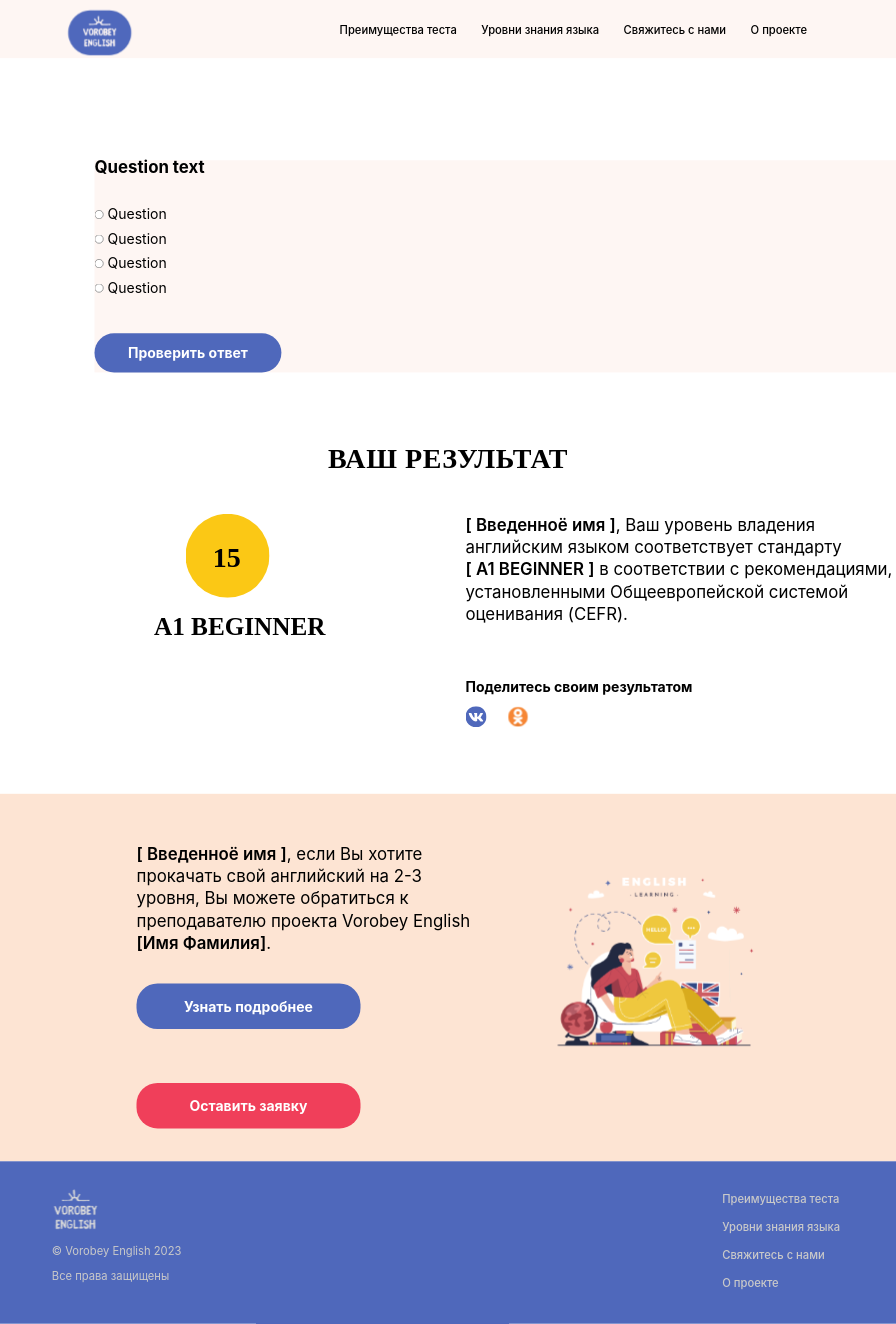
Repository: WladimirVA/PP-01-01_Dandelions
Page: test.html
These files come from the project's save history. The page is drawn as it stood at one moment and after the next save; the edit follows.
The browser window is 1280 px wide. The pictures show the whole page, at 70% of full size.

Above is the page before, as saved 2023-02-20 22:59:18.

### test.html
<!DOCTYPE html>
<html lang="ru">
<head>
    <meta charset="UTF-8">
    <meta http-equiv="X-UA-Compatible" content="IE=edge">
    <meta name="viewport" content="width=device-width, initial-scale=1.0">
    <link href="./static/css/style.css" rel="stylesheet" type="text/css">
    <link href="./static/css/test.css" rel="stylesheet" type="text/css">
    <link href="./static/css/fonts.css" rel="stylesheet" type="text/css">
    <link rel="icon" sizes="16x16" href="./static/img/Иконка _Лого_ (1_1).svg" type="image/x-icon">
    <title>Dandelions</title>
</head>
<body>
    <header class="header" di="HOME">
        <div class="section">
            <div class="section-header">
                <div class="logo">
                    <a href="Index.html"><img src="./static/img/Иконка _Лого_ (1).svg"></a>
                </div>
                <nav>
                    <ul class="header-nav">
                        <li><a class="link" href="./Index.html">Преимущества теста</a></li>
                        <li><a class="link" href="./Index.html">Уровни знания языка</a></li>
                        <li><a class="link" href="#">Свяжитесь с нами</a></li>
                        <li><a class="link" href="#">О проекте</a></li>
                    </ul>
                </nav>
            </div>
        </div>
    </header>
    <main>
        <div class="section">
            <form class="quiz-box" id="quiz" method="post">
                <div class="quiz-header">
                    <h2 id="question">Question text</h2>
                    <ul>
                        <li>
                            <input type="radio" name="answer" id="a" class="answer" onchange="document.getElementById('submit').disabled = !this.checked;">
                            <label for="a" id="a_text">Question</label>
                        </li>
                        <li>
                            <input type="radio" name="answer" id="b" class="answer" onchange="document.getElementById('submit').disabled = !this.checked;">
                            <label for="b" id="b_text">Question</label>
                        </li>
                        <li>
                            <input type="radio" name="answer" id="c" class="answer" onchange="document.getElementById('submit').disabled = !this.checked;">
                            <label for="c" id="c_text">Question</label>
                        </li>
                        <li>
                            <input type="radio" name="answer" id="d" class="answer" onchange="document.getElementById('submit').disabled = !this.checked;">
                            <label for="d" id="d_text">Question</label>
                        </li>
                    </ul>
                </div>
                <div class="button-test">
                    <button class="button test_button" id="submit" disabled>Проверить ответ</button>
                </div>
            </form>

            <form class="result">
                <div class="title-result">
                    <p>Ваш Результат</p>
                </div>
                <div class="result1">
                    <div class="level-2">
                        <div class="level">
                            <img src="./static/img/Ellipse 15.svg" alt="Result">
                            <p>15</p>
                        </div>
                        <div class="lavel-1">
                            <p>А1  BEGINNER</p>
                        </div>
                    </div>
                    <div class="">
                            <p class="info-result-p"><span style="font-weight: 600;"> [ Введенноё имя ]</span>, Ваш уровень владения английским языком соответствует стандарту <br><span style="font-weight: 600;">[ А1 BEGINNER ]</span> в соответствии
                            с рекомендациями, установленными Общеевропейской системой оценивания (CEFR).</p>
                        <div class="share">
                            <p>Поделитесь своим результатом</p>
                            <div class="share-img">
                                <a href="https://vk.com/" target="_blank"><img src="./static/img/VK.svg" alt="VK"></a>
                                <a href="https://ok.ru/" target="_blank"><img src="./static/img/odnoklassniki 1.svg" alt="odnoklassniki"></a>
                                <!-- <img src="./static/img/instagram3 1.svg" alt="instagram"> -->
                            </div>
                        </div>
                    </div>
                </div>
                <div class="appeal">
                    <div class="appeal-text">
                        <p><span style="font-weight: 600;">[ Введенноё имя ]</span>, если Вы хотите прокачать свой английский на 2-3 уровня, Вы можете обратиться
                        к преподавателю проекта Vorobey English <span style="font-weight: 600;">[Имя Фамилия]</span>. </p>
                        <div class="button-test">
                            <button class="button test_button" id="submit">Узнать подробнее</button>
                        </div>
                        <div class="button-test">
                            <button class="button test_button" id="application">Оставить заявку</button>
                        </div>
                    </div>
                    <div>
                        <img src="./static/img/иллюстр 2 1.svg" alt="">
                    </div>

                </div>
            </form>
        </div>
    </main>
    <footer class="FOOTER">
        <div class="section">
            <div class="section-footer">
                <div class="footer-logo">
                    <a href="Index.html"><img src="./static/img/Vector (3).svg"></a>
                    <p class="footer-logo-p">© Vorobey English 2023</p>
                    <p class="footer-logo-p2">Все права защищены</p>
                </div>
                <div class="footer-navi">
                    <nav>
                        <ul class="footer-nav">
                            <li><a class="footer-link" href="#HOME">Преимущества теста</a></li>
                            <li><a class="footer-link" href="#HOME">Уровни знания языка</a></li>
                            <li><a class="footer-link" href="#HOME">Свяжитесь с нами</a></li>
                            <li><a class="footer-link" href="#">О проекте</a></li>
                        </ul>
                    </nav>
                    <!-- <p><a class="footer-link" href="mailto:englishtest@yandex.ru">englishtest@yandex.ru</a></p> -->
                </div>

            </div>
        </div>
    </footer>

</body>

</html>

### static/css/style.css
body {
    scroll-behavior: smooth;
    align-items: center;
    width: 100%;
    max-width: 1366px;
    margin: auto;
    font-family: 'Inter', 'Work Sans', "NunitoSans-Light", Arial, Helvetica, sans-serif;
}

.section {
    margin: 0 auto;
    max-width: 1366px;
}

* {
    margin: 0;
    padding: 0;
}
.header {
    padding: 0 92px 0 59px;
    background-color: #FEF6F3;
}
.section-header {
    justify-content: space-between;
    height: 83px;
    width: 100%;
    display: flex;
    align-items: center;
}
.logo {
    width: 84px;
    height: auto;
}
.header-nav {
    display: flex;
    list-style-type: none;
}
.link {
    text-decoration: none;
    /* cursor: pointer; */
    font-family: 'Inter';
    font-weight: 500;
    font-size: 16px;
    line-height: 19px;
    color: #000000;
}
.header-nav li {
    margin-right: 35px;
}

.HOME {
    padding: 64px 92px 108px 93px;
    background-color: #FEF6F3;
}
.section-home {
    align-items: center;
    display: flex;
    justify-content: space-between;
    margin-top: -90px;
}


.title {
    font-family: 'Work Sans';
    font-style: normal;
    font-weight: 600;
    font-size: 40px;
    line-height: 48px;
    display: flex;
    align-items: center;
    letter-spacing: 0.02em;
    text-transform: uppercase;
}
.home_p {
    font-family: 'Work Sans';
    font-style: normal;
    font-weight: 400;
    font-size: 20px;
    line-height: 24px;
    margin-top: 43px;
}

.home_ul {
    margin-top: 35px;
}
.home_li {
    list-style-type: none;
    margin-top: 12px;
    font-family: 'Inter';
    font-style: normal;
    font-weight: 400;
    font-size: 16px;
    line-height: 20px;
}

.check {
    margin-bottom: -7px;
    margin-right: 16px;
}

.buttonsHome {
    margin-top: 68px;
}
.button_home {
    background: #FBC815;
    border-radius: 50px;
    width: 267px;
    height: 56px;
    font-family: 'Inter';
    font-style: normal;
    font-weight: 700;
    font-size: 20px;
    line-height: 24px;
    border: 0;
    cursor: pointer;
}

.button_home:hover {
    background-color: #BC9F3B;
}

.button_home:active {
    background-color: #FDE07D;
}

.image-home {
    max-width: 747px;
    max-height: 496px;
}

.title_2 {
    display: block;
    padding-top: 68px;
    text-transform: none;
    font-family: 'Work Sans';
    font-style: normal;
    font-weight: 800;
    font-size: 36px;
    line-height: 48px;
    align-items: center;
    text-align: center;
}

.WHY-TEST {
    background-color: #FDE4D3;
    Height: 616px;
}

.section-home-2 {
    align-items: center;
    display: flex;
    justify-content: space-around;
    margin-top: 20px;
}

.home-text {
    width: 490px;
}

.p-text {
    margin-top: 32px;
}

.ADVAN_TEST {
    background: #4F68BB;
    color: white;
    height: 665px;
    padding-top: 63px;
    /* margin-top: 120px; */
}

.content_img {
    margin-top: -215px;
    text-align: end;
    margin-right: 50px;
}

.rot-sheet {
    margin: 0 -34px 90px 0px;
}

.rot-sheet-1 {
    margin: 0 -35px 90px 0px;
}

.rot-img1 {
    width: 117px;
    margin-top: 11px;
    margin-right: -20px;
}

.rot-img2 {
    width: 65px;
    margin-bottom: -35px;
}

.rot-img3 {
    width: 78px;
    margin-bottom: 20px;
    margin-left: -20px;
}

img.rot {
    animation: 1s linear 0s normal none infinite running rot;
    -webkit-animation: 4s linear 0s normal none infinite running rot;
    /* width: 100px; */
  }
  @keyframes rot {
    0% {
      transform: rotate(0deg);
    }
    100% {
      transform: rotate(360deg);
    }
  }
  @-webkit-keyframes rot {
    0% {
      transform: rotate(0deg);
    }
    100% {
      transform: rotate(360deg);
    }
  }

  img.rot1 {
    animation: 1s linear 0s normal none infinite running rot1;
    -webkit-animation: 4s linear 0s normal none infinite running rot1;
    /* width: 100px; */
  }
  @keyframes rot1 {
    0% {
      transform: rotate(360deg);
    }
    100% {
      transform: rotate(0deg);
    }
  }
  @-webkit-keyframes rot1 {
    0% {
      transform: rotate(0deg);
    }
    100% {
      transform: rotate(360deg);
    }
  }


.content-ADVAN_TEST {
    display: flex;
    justify-content: space-evenly;
    margin-top: 60px;
}

.test-info {
   width: 300px;
}



.title_3 {
    margin-top: 36px;
    display: block;
    text-transform: none;
    font-family: 'Work Sans';
    font-style: normal;
    font-weight: 800;
    font-size: 36px;
    line-height: 48px;
    align-items: center;
    text-align: center;
}

.advan-test {
    margin: 30px 0 30px 0;
    font-style: normal;
    font-weight: 700;
    font-size: 24px;
    line-height: 32px;
}

.advan-test-p {
    font-style: normal;
    font-weight: 400;
    font-size: 18px;
    line-height: 24px;
}

.advan-test-p-2 {
    margin: 95px 0 0 115px;
    max-width: 1135px;
}

.container {
    display: grid;
    grid-template-columns: repeat(3, 295px);
    justify-items: stretch;
    justify-content: space-around;;
    grid-template-rows: 100px 100px 100px;
    row-gap:  280px;
    margin-top: -30px;
}

.text_test img {
    margin-left: 700px;
}

.container-box h3 {
    font-style: normal;
    font-weight: 700;
    font-size: 32px;
    line-height: 36px;
}

.container-box-p {
    font-style: normal;
    font-weight: 700;
    font-size: 24px;
    line-height: 32px;
    margin: 60px 0 15px 0;
}

.container-box-p2 {
    font-style: normal;
    font-weight: 400;
    font-size: 16px;
    line-height: 24px;
}

.LANGUAGE_LEVELS {
    background-color:  #FEF6F3;
}

.content {
    padding-top: 66px;
}

.container-box {
    position: relative;
}

.box-1 h3 {
    position: absolute;
}

.cloud {
    margin: -11px 0 0 -80px;
    position: absolute;
}

.ball {
    display: block;
    position: inherit;
    margin-left:195px;
    margin-top: 30px;
}

.ball-2 {
    margin-left: 180px;
}

.ball-3 {
    display: block;
    margin-left: 335px;
    margin-top: -199px;
}

.button {
    text-align: center;
    background: #F03F5A;
    cursor: pointer;
    border-radius: 30px;
    border: 0;
}

.TEST {
    background-color: #FBCDA6;
    height: 352px;
}

.test_button {
    margin-top: 30px;
    width: 267px;
    height: 56px;
    font-family: 'Inter';
    font-style: normal;
    font-weight: 700;
    font-size: 20px;
    line-height: 24px;
}

.test_button:hover {
    background-color: #B45060;
}

.test_button:active {
    background-color: #F893A3;
}

.test-now {
    display: flex;
    justify-content: space-between;
    margin-left: 89px;
}

.test-now-text {
    text-align: center;
    margin-top: 15px;
}

.test-now-img {
    margin-top: -159px;
}

.FOOTER {
    background: #4F68BB;
    height: 232px;
    color: #C9C9C9;
}

.footer-logo-p {
    margin-top: -65px;
    margin-left: 74px;
}

.footer-logo-p2 {
    margin-top: 16px;
    margin-left: 74px;
}


.section-footer {
    display: flex;
    justify-content: space-between;
    align-items: center;
    max-width: 1200px;
}

.footer-logo {
    margin-top: -37px;
}

.footer-logo img {
    margin-top: -20px;
}

.footer-navi {
    margin-top: 34px;
}

.footer-nav {
    display: grid;
    list-style-type: none;
    line-height: 2.5;
}

.footer-link {
    text-decoration: none;
    font-family: 'Inter';
    font-weight: 500;
    font-size: 16px;
    line-height: 19px;
    color: #C9C9C9;
    list-style-type: none;
}

.footer-link:hover {
    /* transform: scale(1.2); */
    text-decoration:underline;
}

### static/css/test.css
.header {
    max-width: 1366px;
    max-height: 825px;
    background-color: #FEF6F3;
}
.section {
    width:100%;
    height:100%;
}

.quiz-box {
    margin: 146px 0 0 135px;
    background-color: #FEF6F3;
}

.quiz-header ul {
    line-height: 24px;
    /* width: 214px; */
    font-family: 'Inter';
    font-style: normal;
    font-weight: 400;
    font-size: 20px;
    line-height: 35px;
    list-style-type: none;
}

.quiz-header {
    font-family: 'Inter';
    font-style: normal;
    font-weight: 400;
    font-size: 16px;
    line-height: 20px;
}

.quiz-header h2 {
    margin-bottom: 40px;
}

.button-test {
    margin: 17px 0 47px 0;

}

.test_button {
    background: #4F68BB;
    color:#FFFFFF;
    cursor: pointer;
}

#submit:hover {
    background-color: #1A307A;
}

#submit:active {
    background-color: #97A7DD;
}

.result {
    margin: 100px 0 0 0;
}

.title-result {
    text-align: center;
    align-items: center;
    text-align: center;
    letter-spacing: 0.02em;
    text-transform: uppercase;
    color: #000000;
    font-family: 'Work Sans';
    font-style: normal;
    font-weight: 600;
    font-size: 40px;
    line-height: 48px;
    margin-bottom: 54px;
}

.result1 {
    display: flex;
    justify-content: space-between;
}

.info-result-p {
    width: 615px;
    height: 235px;
    font-family: 'Inter';
    font-style: normal;
    font-size: 24px;
    line-height: 32px;
    }

.level {
    margin-left: 45px;
}

.level p {
    margin: -85px 0 0 39px;
    font-family: 'Work Sans';
    font-style: normal;
    font-weight: 600;
    font-size: 40px;
    line-height: 48px;
}

.level-2 {
    margin-left: 220px;
}

.lavel-1 {
    font-family: 'Work Sans';
    margin-top: 50px;
    font-style: normal;
    font-weight: 700;
    font-size: 36px;
    line-height: 48px;
    }

.share {
    position: absolute;
}

.share p {
    font-family: 'Inter';
    font-style: normal;
    font-weight: 700;
    font-size: 20px;
    line-height: 24px;
}

.share-img {
    display: flex;
}

.share-img img {
    margin: 16px 30px 0 0;
}

.appeal {
    display: flex;
    justify-content: space-between;
    background-size: 100%;
    background-color: #FDE4D3;
    padding-top: 75px;
    padding: 70px 0 0 195px;
    margin-top: 165px;
}

.appeal button {
    width: 320px;
    height: 65px;
}

#application {
    background-color: #F03F5A;
}

#application:hover {
    background-color: #B45060;
}

#application:active {
    background-color: #F893A3;
}

.appeal-text {
    font-family: 'Inter';
    font-style: normal;
    font-size: 24px;
    line-height: 32px;
}

.appeal img {
    margin-right: 180px;
}

.appeal-text p {
    width: 484px;
    height: 154px;
}

### static/css/fonts.css
/* @import url('https://fonts.googleapis.com/css2?family=Work+Sans:ital,wght@0,600;0,800;1,800&display=swap'); */


/* @import url('https://fonts.googleapis.com/css2?family=Inter:wght@400;500;600;700;800&family=Work+Sans:ital,wght@0,600;0,800;1,800&display=swap'); */

/*
@import url('https://fonts.googleapis.com/css2?family=Inter:wght@100;200;300;400;500;600;700;800;900&display=swap');

@import url('https://fonts.googleapis.com/css2?family=Inter:wght@100;200;300;400;500;600;700;800;900&family=Work+Sans:ital,wght@0,100;0,200;0,300;0,400;0,500;0,600;0,700;0,800;0,900;1,100;1,200;1,300;1,400;1,500;1,600;1,700;1,800;1,900&display=swap'); */

After the next save:
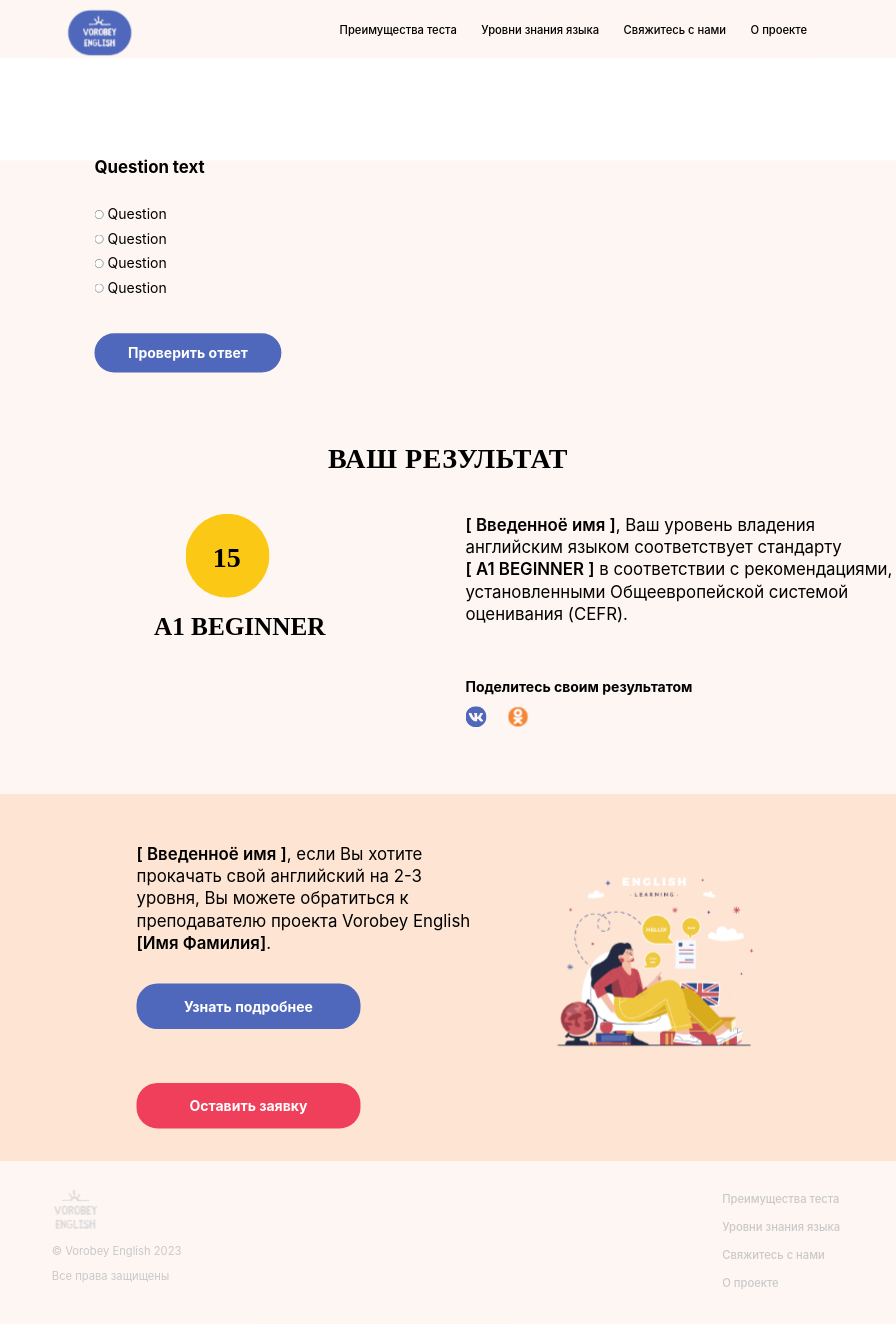
Saved 74 s later.
--- a/static/css/test.css
+++ b/static/css/test.css
@@ -6,11 +6,11 @@
 .section {
     width:100%;
     height:100%;
+    background-color: #FEF6F3;
 }
 
 .quiz-box {
     margin: 146px 0 0 135px;
-    background-color: #FEF6F3;
 }
 
 .quiz-header ul {

After the save that followed:
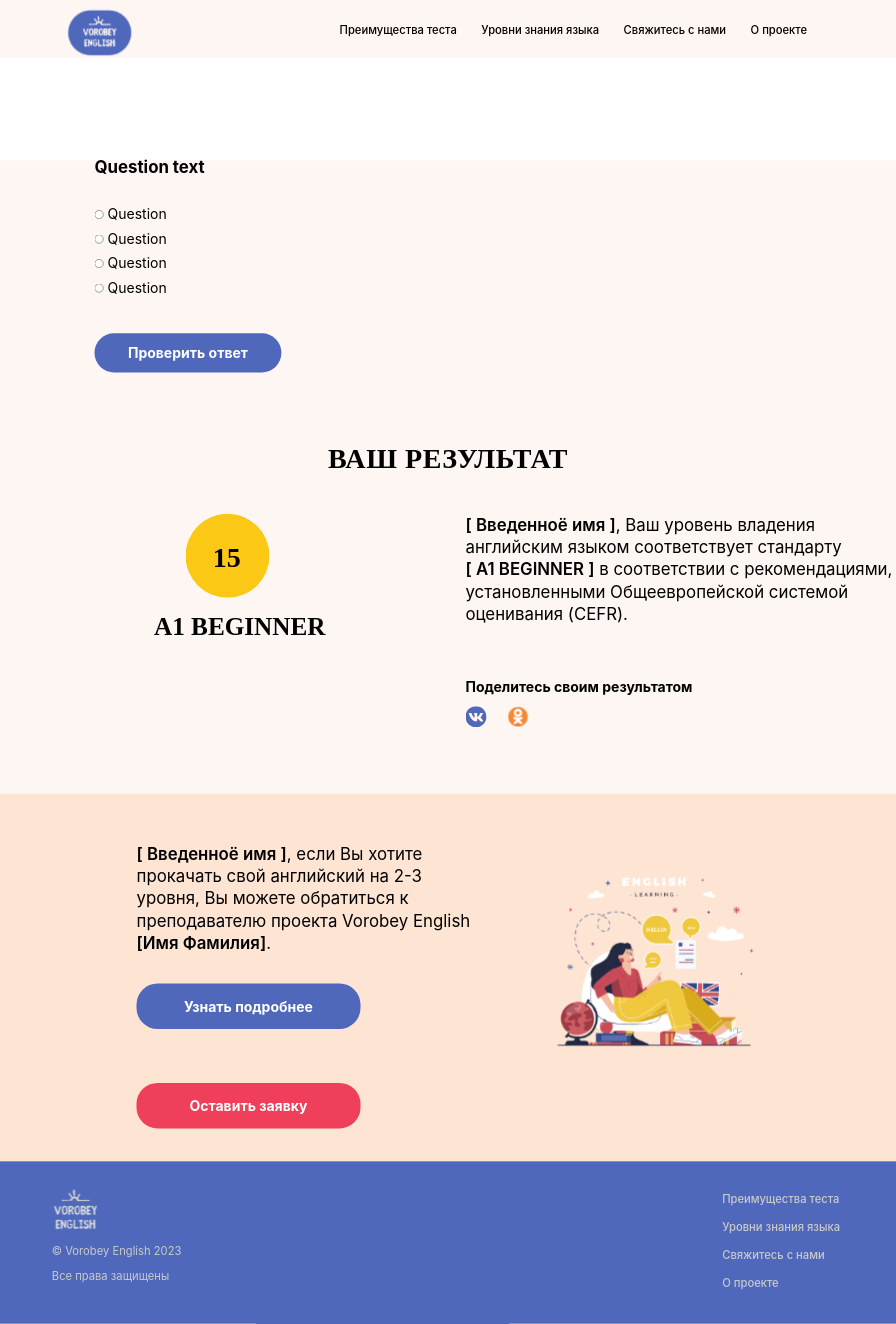
Saved 40 s later.
--- a/test.html
+++ b/test.html
@@ -104,7 +104,7 @@
         </div>
     </main>
     <footer class="FOOTER">
-        <div class="section">
+
             <div class="section-footer">
                 <div class="footer-logo">
                     <a href="Index.html"><img src="./static/img/Vector (3).svg"></a>
@@ -124,7 +124,7 @@
                 </div>
 
             </div>
-        </div>
+
     </footer>
 
 </body>
